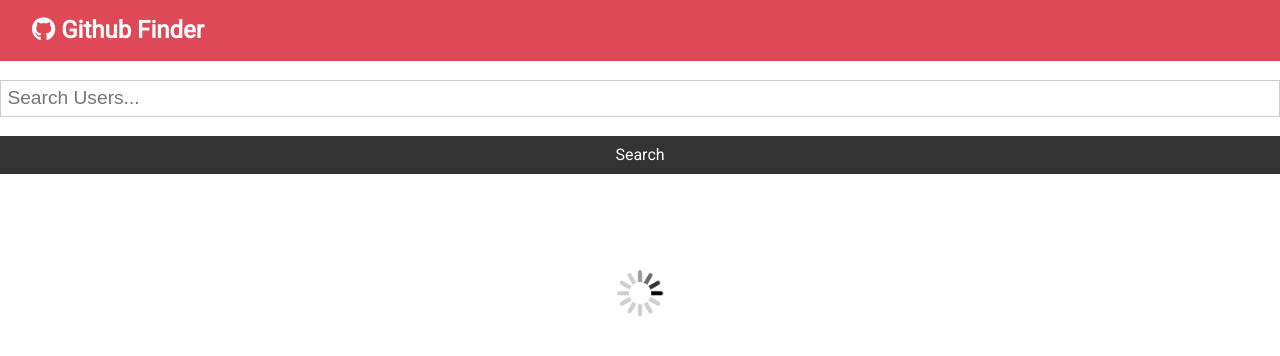
Repository: bafode/github-finder
Page: /
These files come from the project's save history. The page is drawn as it stood at one moment and after the next save; the edit follows.
The browser window is 1280 px wide. The pictures show the whole page.
The page's requests for data from a server got no answer. Some web libraries are served in a nearby version. The project was rebuilt for these pictures with package versions that can differ from the ones it lists, and the page was loaded fresh each time. No one was signed in, and anything a server would have sent is missing. Also part of the build but not shown: src/components/users/UserItem.js.

Above is the page before, as saved 2023-06-16 20:31:57.

### public/index.html
<!DOCTYPE html>
<html lang="en">
  <head>
    <meta charset="utf-8" />
    <link rel="shortcut icon" href="%PUBLIC_URL%/favicon.ico" />
    <meta name="viewport" content="width=device-width, initial-scale=1" />
    <meta name="theme-color" content="#000000" />
    <link rel="manifest" href="%PUBLIC_URL%/manifest.json" />
    <link
      rel="stylesheet"
      href="https://use.fontawesome.com/releases/v5.8.2/css/all.css"
      integrity="sha384-oS3vJWv+0UjzBfQzYUhtDYW+Pj2yciDJxpsK1OYPAYjqT085Qq/1cq5FLXAZQ7Ay"
      crossorigin="anonymous"
    />

    <title>Github Finder</title>
  </head>
  <body>
    <noscript>You need to enable JavaScript to run this app.</noscript>
    <div id="root"></div>
  </body>
</html>

### src/App.js
import React, { Component } from 'react';
import axios from 'axios';
import './App.css';
import Navbar from './components/layout/Navbar'
import Users from './components/users/Users'
import Search from './components/users/Search'

class App extends Component {
  state = {
    loading: false,
    users:[]
  }

  searchUsers =async text => {
    this.setState({ loading: true });
    const res = await axios.get(`https://api.github.com/search/users?q=${text}&client_id=${process.env.REACT_APP_GITHUB_CLIENT_ID}&client_secret=${process.env.REACT_APP_GITHUB_CLIENT_SECRET}`)
    this.setState({users:res.data.items,loading:false})
  }

  async componentDidMount() {

    this.setState({ loading: true });
    const res = await axios.get(`https://api.github.com/users?client_id=${process.env.REACT_APP_GITHUB_CLIENT_ID}&client_secret=${process.env.REACT_APP_GITHUB_CLIENT_SECRET}`)
    this.setState({users:res.data,loading:false})
  }

  render() {
    const { loading, users } = this.state
    return (
      <div className="App">
        <Navbar />
        <Search searchUsers={this.searchUsers} />
        <div className="container">
          <Users loading={loading} users={users}/>
        </div>
      </div>
    );
  }
}

export default App;

### src/components/layout/Navbar.js
import React from 'react'
import PropTypes from 'prop-types'

const Navbar=({icon,title})=> {
    return (
        <nav className='navbar bg-primary'>
            <h1>
                <i className={icon}></i> {title}
            </h1>
      </nav>
    )

}

Navbar.defaultProps = {
    title: 'Github Finder',
    icon:'fab fa-github'
}

Navbar.propTypes = {
    title: PropTypes.string.isRequired,
    icon:PropTypes.string.isRequired
}

export default Navbar

### src/components/users/Users.js
import React from 'react'
import UserItem from './UserItem'
import PropTypes from 'prop-types'
import Spinner from '../layout/Spinner'
const  Users=({users,loading})=>{

    if (loading) {
        return <Spinner/>
    } else {
        return (
            <div style={userStyle}>
                {users?.map((user) => (
                    <UserItem key={user.id} user={user}/>
                ))}
          </div>
        )
    }

  }


const userStyle = {
    display: 'grid',
    gridTemplateColumns: 'repeat(3,1fr)',
    gridGap:'1rem'
}
Users.propTypes = {
    loading: PropTypes.bool.isRequired,
    users:PropTypes.array.isRequired,
}
export default Users

### src/components/users/Search.js
import React, { Component } from 'react'

class Search extends Component {
    state = {
        text:''
    }

    onSubmit=(e)=> {
        e.preventDefault();
        this.props.searchUsers(this.state.text)
        this.setState({text:''})
    }
    onChange = (e) => {
        this.setState({[e.target.name]:e.target.value})
    }
  render() {
    return (
        <div>
            <form onSubmit={this.onSubmit} className="from">
                <input type="text" name="text" placeholder='Search Users...' value={this.state.text} onChange={this.onChange} />
                <input type="submit" value="Search" className='btn btn-dark btn-block' />
            </form>
      </div>
    )
  }
}

export default Search

### src/components/layout/Spinner.js
import React, { Fragment } from 'react'
import spinner from './spinner.gif'

const Spinner = () => {
  return (
    <Fragment>
          <img src={spinner} alt='Loading...' style={{width:'200px',margin:'auto',display:'block'}}/>
    </Fragment>
  )
}

export default Spinner

Loaded but not shown: src/index.js (common file); src/App.css (common file)

After the next save:
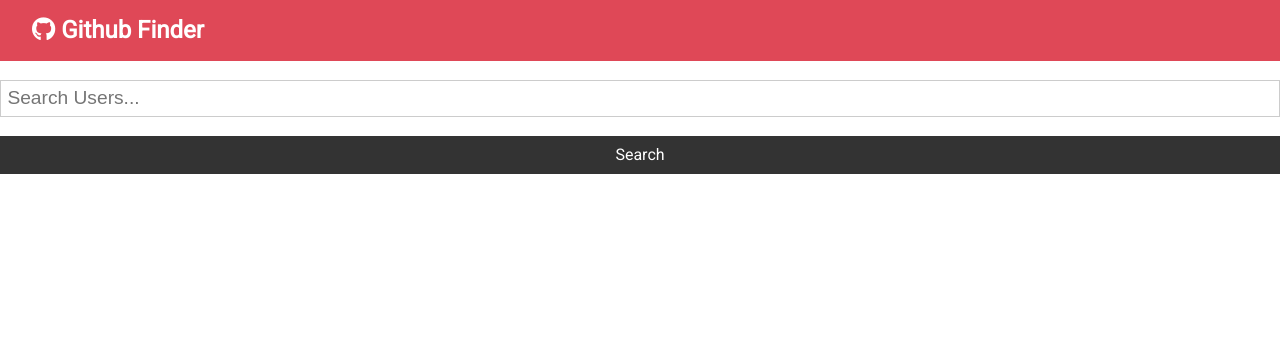
Saved 36 s later.
--- a/src/App.js
+++ b/src/App.js
@@ -17,12 +17,12 @@ class App extends Component {
     this.setState({users:res.data.items,loading:false})
   }
 
-  async componentDidMount() {
+  // async componentDidMount() {
 
-    this.setState({ loading: true });
-    const res = await axios.get(`https://api.github.com/users?client_id=${process.env.REACT_APP_GITHUB_CLIENT_ID}&client_secret=${process.env.REACT_APP_GITHUB_CLIENT_SECRET}`)
-    this.setState({users:res.data,loading:false})
-  }
+  //   this.setState({ loading: true });
+  //   const res = await axios.get(`https://api.github.com/users?client_id=${process.env.REACT_APP_GITHUB_CLIENT_ID}&client_secret=${process.env.REACT_APP_GITHUB_CLIENT_SECRET}`)
+  //   this.setState({users:res.data,loading:false})
+  // }
 
   render() {
     const { loading, users } = this.state
